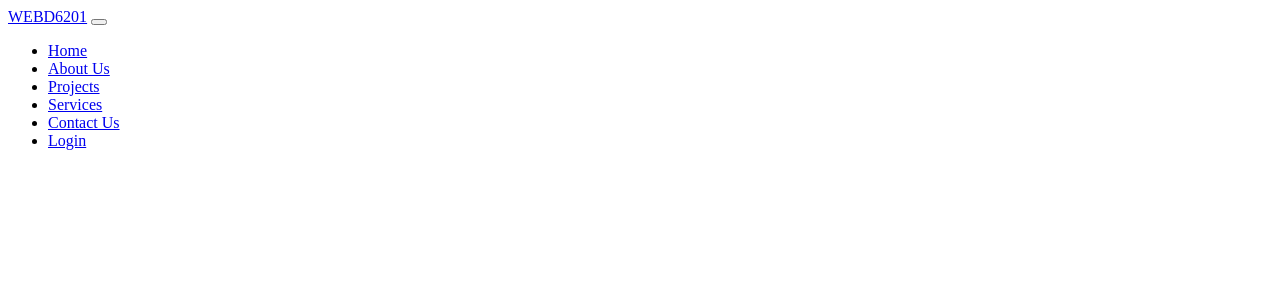
Repository: vans12345678/WEBD6201-W2021-Week7b
Page: views/content/home.html
An editor plug-in stored every save of this project. The page is shown before and after the next save, followed by the edit.
The browser window is 1280 px wide. The pictures show the whole page.

Above is the page before, as saved 2021-03-03 10:41:12.

### views/content/home.html
<div class="container-fluid">
    <a class="navbar-brand" href="index.html">WEBD6201</a>
    <button class="navbar-toggler" type="button" data-bs-toggle="collapse" data-bs-target="#navbarSupportedContent" aria-controls="navbarSupportedContent" aria-expanded="false" aria-label="Toggle navigation">
      <span class="navbar-toggler-icon"></span>
    </button>
    <div class="collapse navbar-collapse" id="navbarSupportedContent">
      <ul class="navbar-nav me-auto mb-2 mb-lg-0">
        <li class="nav-item">
          <a class="nav-link active" aria-current="page" href="index.html"><i class="fas fa-home fa-lg"></i> Home</a>
        </li>

        <li class="nav-item">
          <a class="nav-link" aria-current="page" href="about.html"><i class="fas fa-info fa-lg"></i> About Us</a>
        </li>

        <li class="nav-item">
          <a class="nav-link" aria-current="page" href="projects.html"><i class="fas fa-cog fa-lg"></i> Projects</a>
        </li>

        <li class="nav-item">
          <a class="nav-link" aria-current="page" href="services.html"><i class="fas fa-map fa-lg"></i> Services</a>
        </li>

        <li class="nav-item">
          <a class="nav-link" aria-current="page" href="contact.html"><i class="fas fa-phone fa-lg"></i> Contact Us</a>
        </li>

        <li id="login" class="nav-item">
          <a class="nav-link" aria-current="page" href="login.html"><i class="fas fa-sign-in-alt"></i> Login</a>
        </li>
      </ul>
    </div>
  </div>

After the next save:
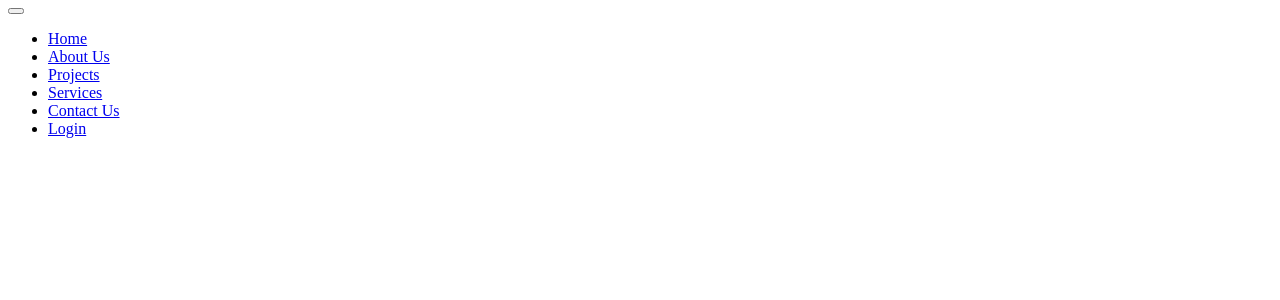
Saved 24 s later.
--- a/views/content/home.html
+++ b/views/content/home.html
@@ -1,5 +1,4 @@
 <div class="container-fluid">
-    <a class="navbar-brand" href="index.html">WEBD6201</a>
     <button class="navbar-toggler" type="button" data-bs-toggle="collapse" data-bs-target="#navbarSupportedContent" aria-controls="navbarSupportedContent" aria-expanded="false" aria-label="Toggle navigation">
       <span class="navbar-toggler-icon"></span>
     </button>
